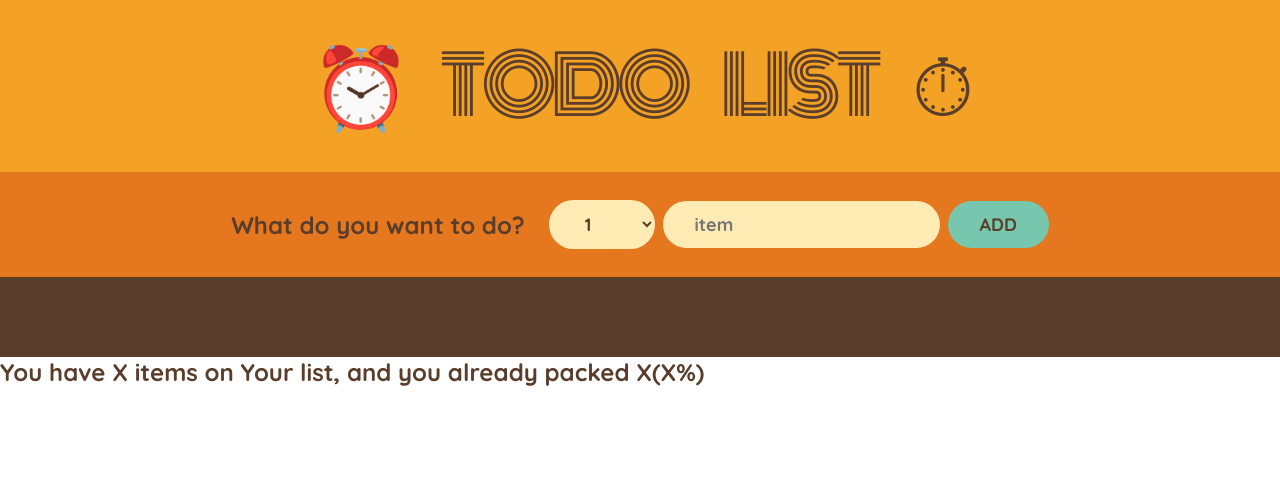
Repository: noemiepham/travel-list-react
Page: /
These files come from the project's save history. The page is drawn as it stood at one moment and after the next save; the edit follows.
The browser window is 1280 px wide. The pictures show the whole page.
The project was rebuilt for these pictures with package versions that can differ from the ones it lists, and the page was loaded fresh each time.

Above is the page before, as saved 2023-12-10 08:25:33.

After the next save:
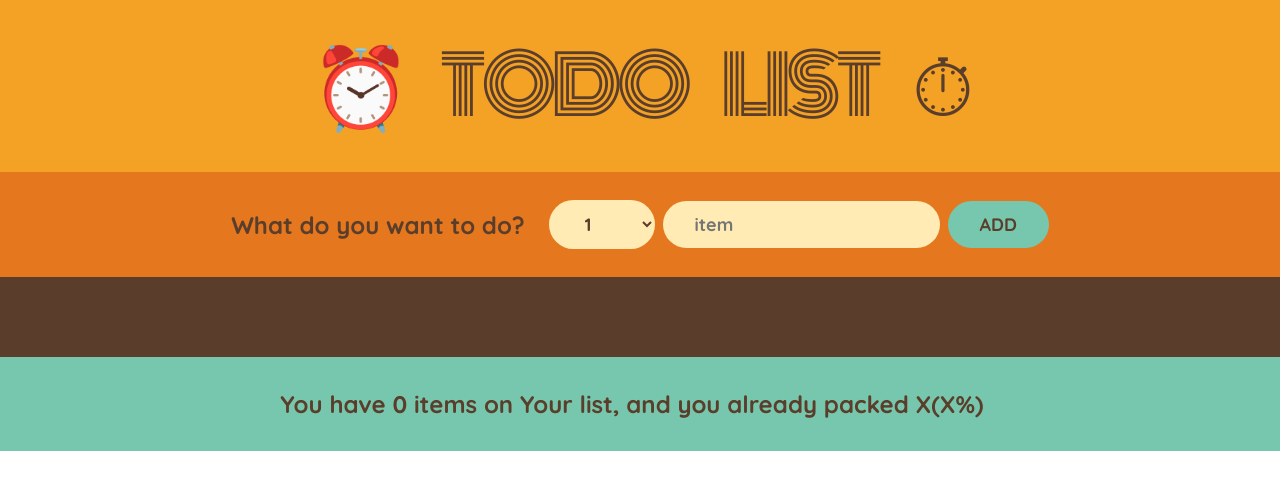
Saved 55 s later.
--- a/src/App.js
+++ b/src/App.js
@@ -110,9 +110,13 @@ function List({ item, onToggleItem, onDelete }) {
 }
 function Stats({ items }) {
   console.log("footer", items);
+  const lists = items.length;
   return (
-    <div>
-      <h3> You have X items on Your list, and you already packed X(X%)</h3>
+    <div className="stats">
+      <h3>
+        {" "}
+        You have {lists} items on Your list, and you already packed X(X%)
+      </h3>
     </div>
   );
 }
